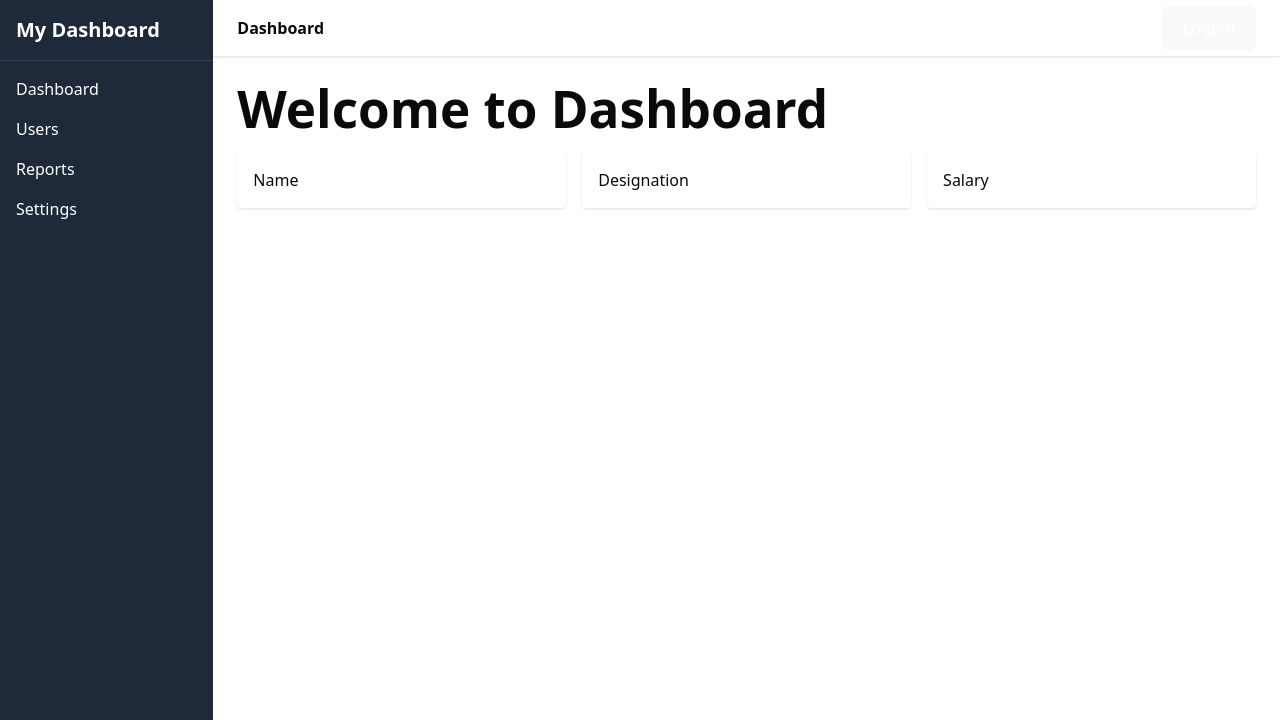
Repository: geethikachowdary1704/my-react
Page: /
The author's editor kept a copy of each file at every save. The page is drawn from the files as they stood at one save, then again after the next save.
The browser window is 1280 px wide. The pictures show the whole page.
The project was rebuilt for these pictures with package versions that can differ from the ones it lists, and the page was loaded fresh each time. Also part of the build but not shown: vite.config.ts.

Above is the page before, as saved 2025-12-26 14:01:39.

After the next save:
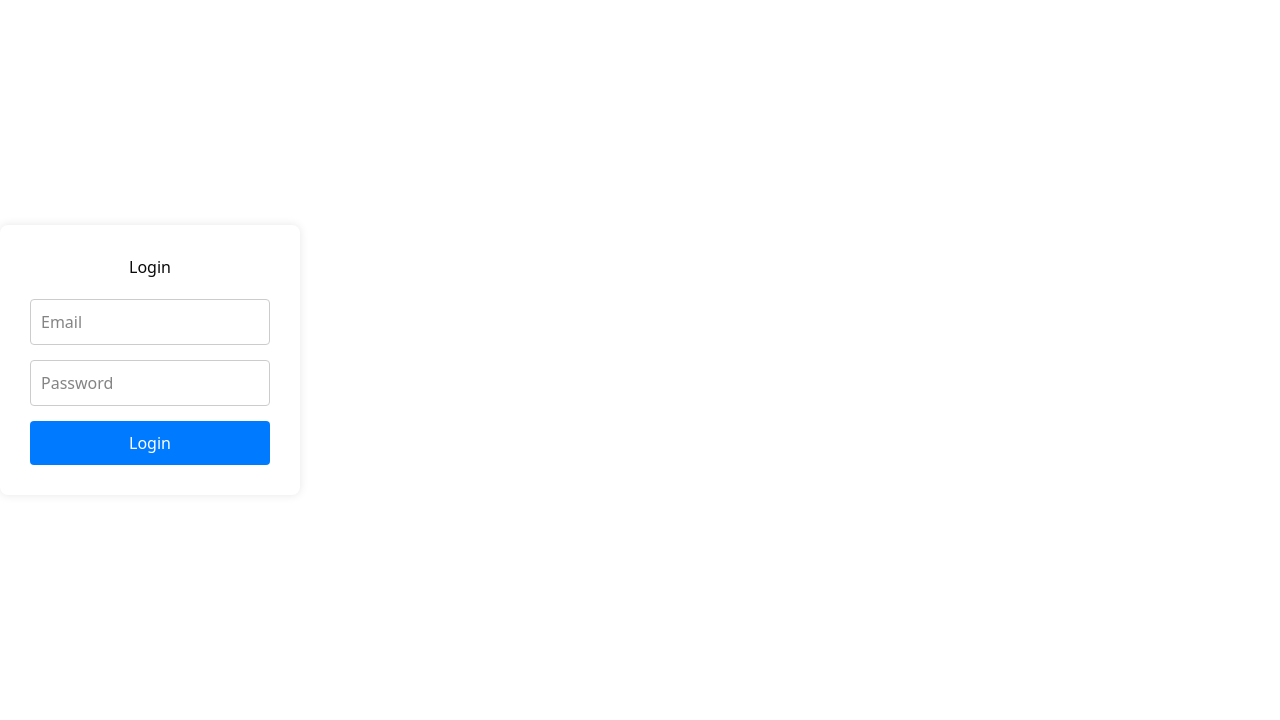
Saved 64 min 56 s later.
--- a/src/App.tsx
+++ b/src/App.tsx
@@ -1,8 +1,8 @@
 import React from "react";
-import Dashboard from "./Dashboard";
+import Login from "./Login";
 
 const App: React.FC = () => {
-  return <Dashboard />;
+  return <Login />;
 };
 
 export default App;
